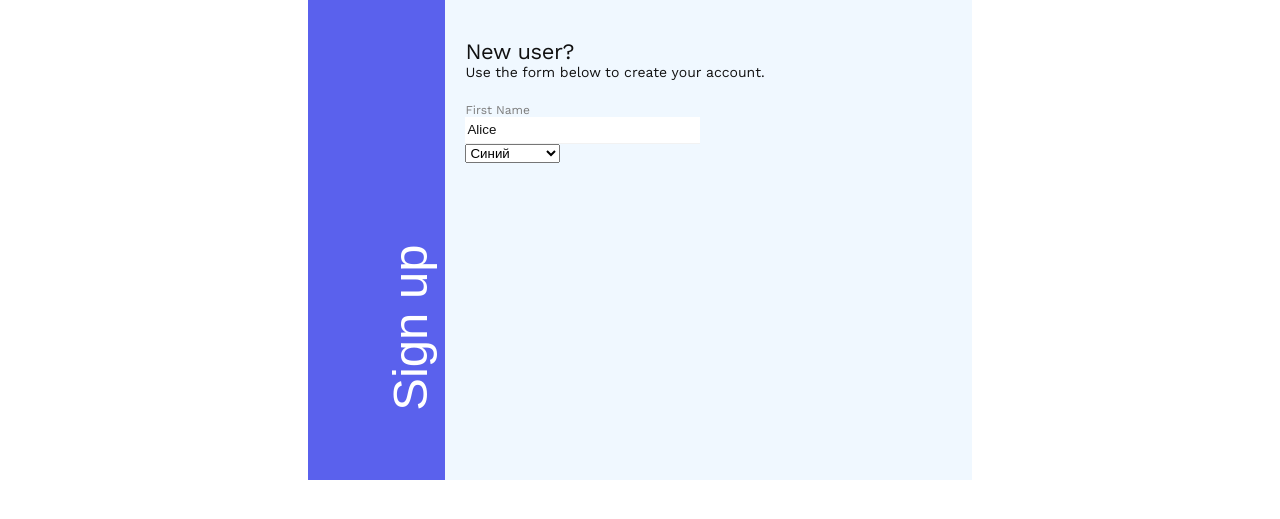
Repository: MorgunovaAlexandra/forma
Page: index.html
The author's editor kept a copy of each file at every save. The page is drawn from the files as they stood at one save, then again after the next save.
The browser window is 1280 px wide. The pictures show the whole page.
Some web fonts or font styles are not loaded; a fallback is used.

Above is the page before, as saved 2022-07-18 12:36:41.

After the next save:
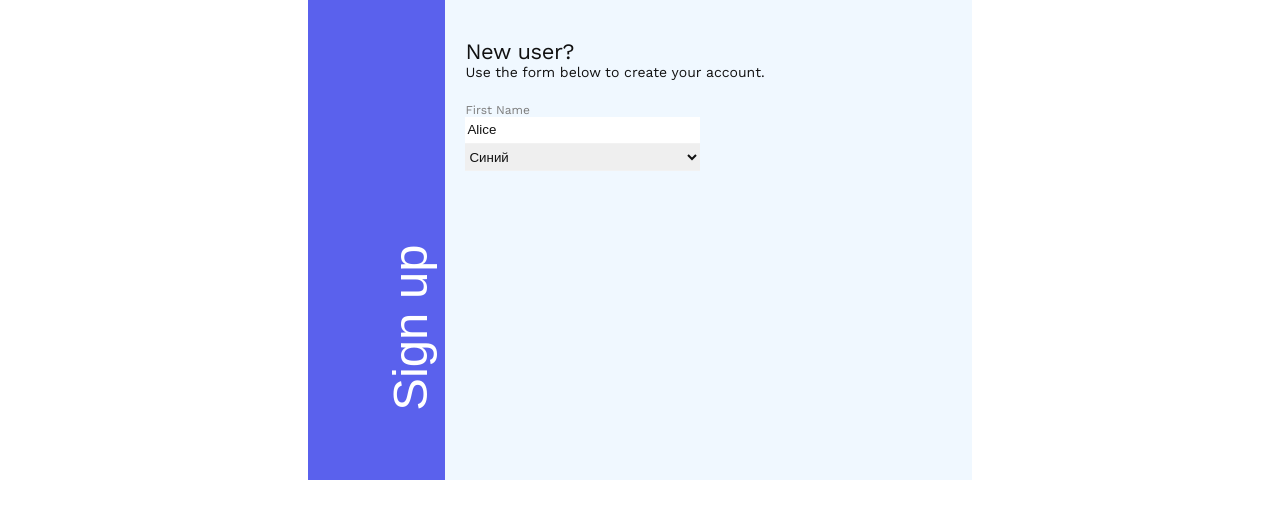
Saved 7 s later.
--- a/index.html
+++ b/index.html
@@ -19,7 +19,7 @@
 
                 <label class="text-field__label" for="name">First Name</label>
                 <input class="text-field__input" type="text" placeholder="Alice" id="name">
-                <select  class=" "name="user_profile_color_1">
+                <select  class="text-field__input"name="user_profile_color_1">
                     <option value="1">Синий</option>
                     <option value="2">Зеленый</option>
                     <option value="3">Желтый</option>
